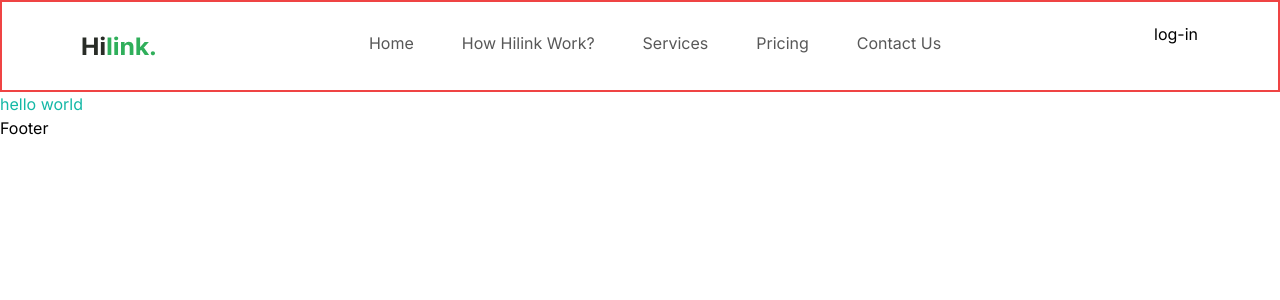
Repository: tarun4141/travel-app
Page: /
An editor plug-in stored every save of this project. The page is shown before and after a run of saves, followed by the edit.
The browser window is 1280 px wide. The pictures show the whole page.
The project was rebuilt for these pictures with package versions that can differ from the ones it lists, and the page was loaded fresh each time. The framework's server and built-in components were replaced by stand-ins that run in the browser. Also part of the build but not shown: next.config.mjs.

Above is the page before, as saved 2024-06-23 02:08:34.

After the next 4 saves:
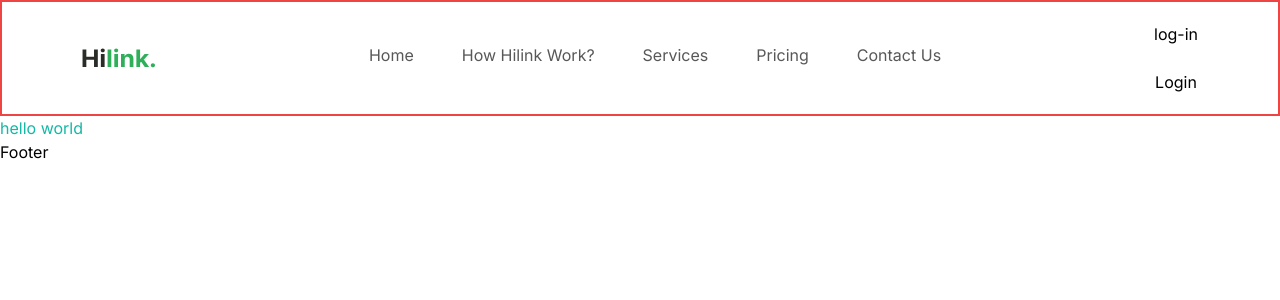
The 4 saves are shown as one change because they came seconds apart.
The last was saved 20 s later.
--- a/components/Button.tsx
+++ b/components/Button.tsx
@@ -13,7 +13,7 @@ const Button = ({type,title,icon,variant}:ButtonProps) => {
     <button type={type}>
         log-in
         {icon && <Image src={icon} alt={title} width={24} height={24} />}
-   <label className=""></label>
+   <label className="">{title}</label>
 
     </button>
 
